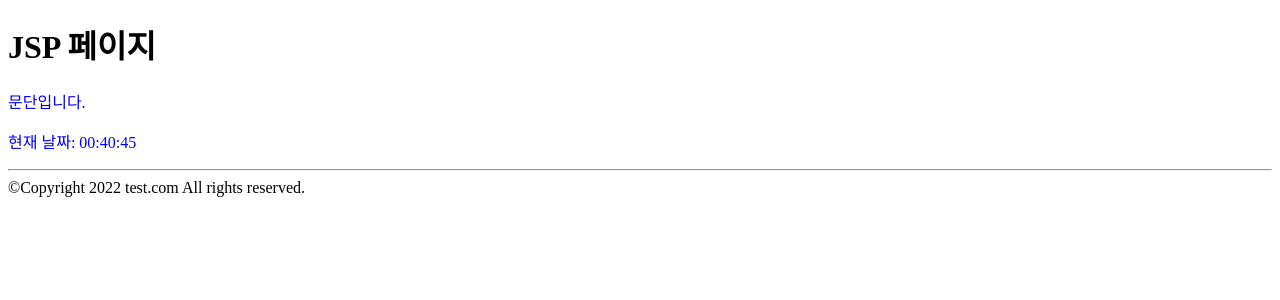
Repository: chanjin5212/Full-Stack-study
Page: http://localhost/JSPTest/ex01.jsp
The author's editor kept a copy of each file at every save. The page is drawn from the files as they stood at one save, then again after the next save.
The browser window is 1280 px wide. The pictures show the whole page.
The page is served by Tomcat 9.

Above is the page before, as saved 2022-06-20 08:51:53.

After the next save:
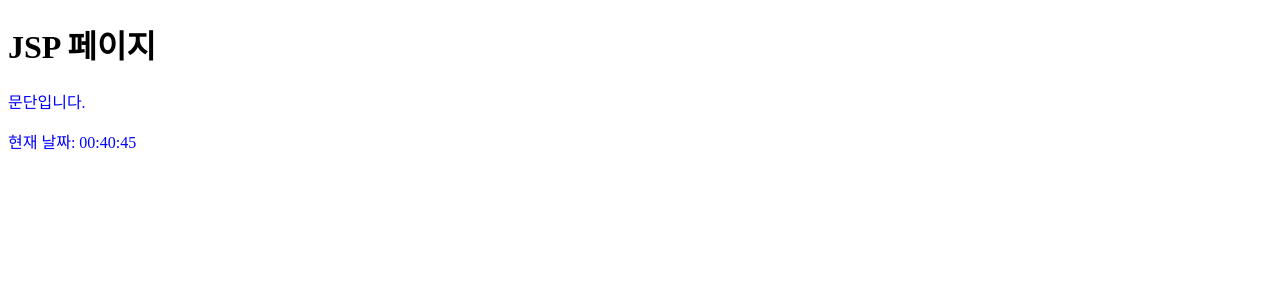
Saved 44 s later.
--- a/server/JSPTest/src/main/webapp/ex01.jsp
+++ b/server/JSPTest/src/main/webapp/ex01.jsp
@@ -25,11 +25,7 @@
 
 	<p>현재 날짜: <%= String.format("%tT", now) %></p>
 
-	<div>
-		<hr>
-		&copy;Copyright 2022 test.com All rights reserved.
-	</div>
-
+	<%@ include file="inc/copyright.jsp" %>
 
 
 </body>
